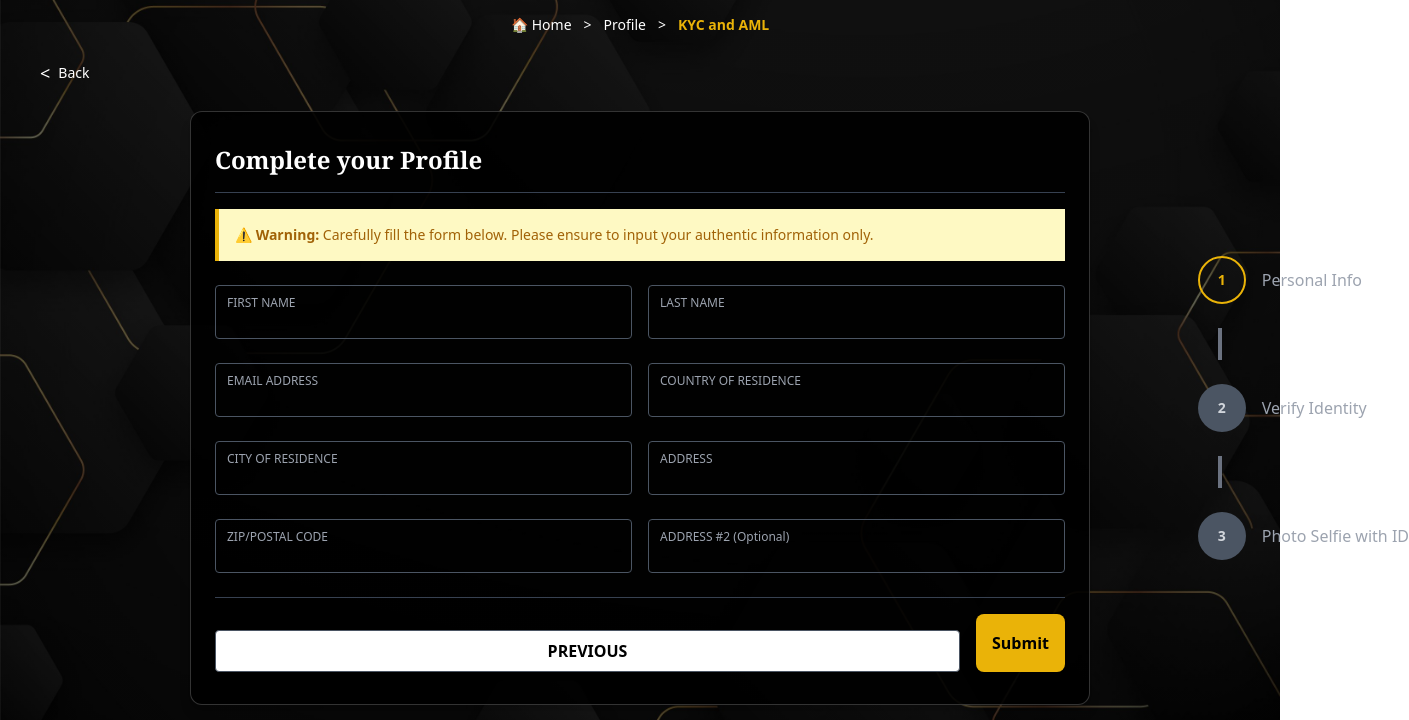
Repository: gloriousnetworker/onestep-authentication-system
Page: /kyc-setup
An editor plug-in stored every save of this project. The page is shown before and after the next save, followed by the edit.
The browser window is 1280 px wide. The page is 1409 px wide, so the pictures cover 1409 px, including what lies to the right of the window. The pictures show the whole page.
The project was rebuilt for these pictures with package versions that can differ from the ones it lists, and the page was loaded fresh each time. Also part of the build but not shown: vite.config.js, src/pages/LoginPage.jsx, src/pages/SignupPage.jsx, src/pages/GrantAccess.jsx, src/pages/GrantAccessSignup.jsx, src/pages/OTPVerificationPage.jsx, src/pages/OTPVerificationSignup.jsx, src/pages/AccountSetupPage.jsx and 7 more.

Above is the page before, as saved 2025-01-17 14:51:09.

After the next save:
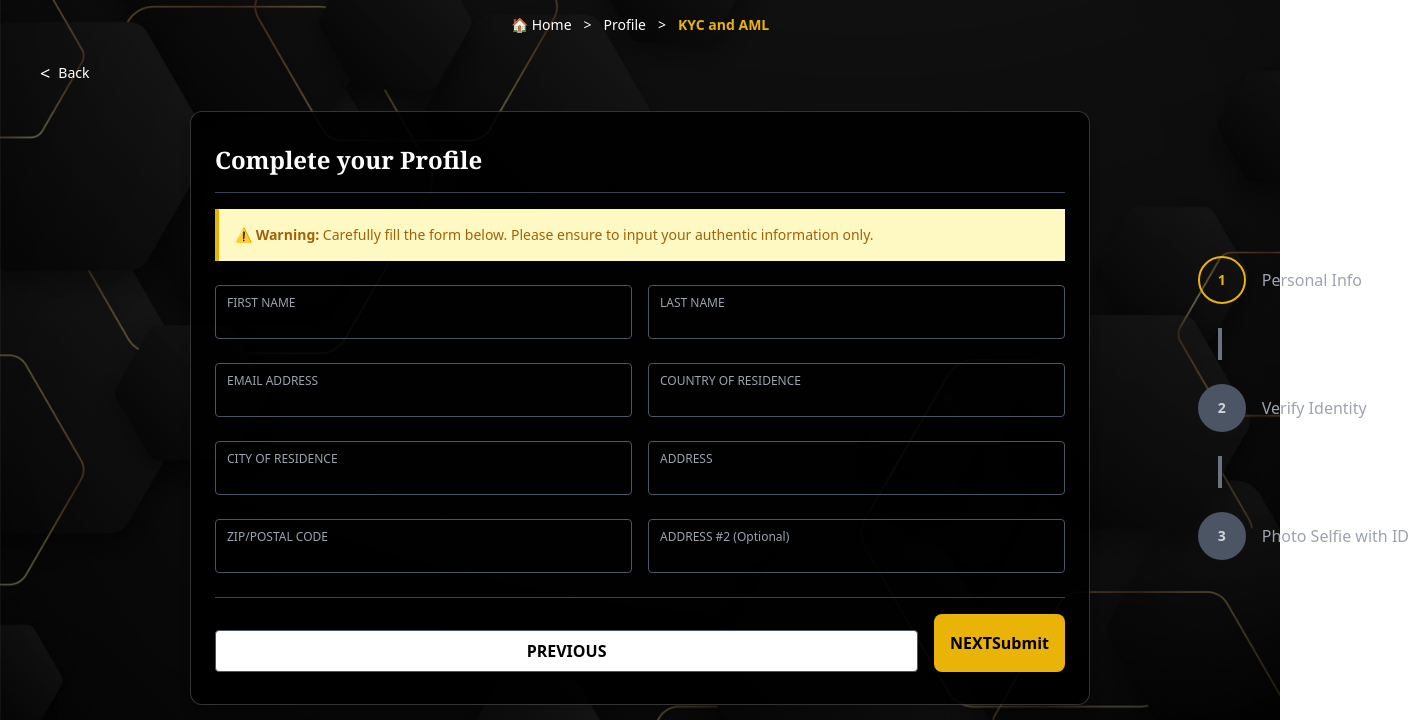
Saved 4 s later.
--- a/src/pages/KYCSetupPage.jsx
+++ b/src/pages/KYCSetupPage.jsx
@@ -304,7 +304,7 @@ const KYCAmlSetupPage = () => {
           <button
               type="submit"
               className="bg-yellow-500 text-black font-semibold py-2 px-4 rounded-lg shadow-md hover:bg-yellow-600 focus:outline-none focus:ring-2 focus:ring-yellow-500 focus:ring-opacity-50"
-            >
+            > NEXT
               {isLoading ? "Submitting..." : "Submit"}
             </button>
         </div>
